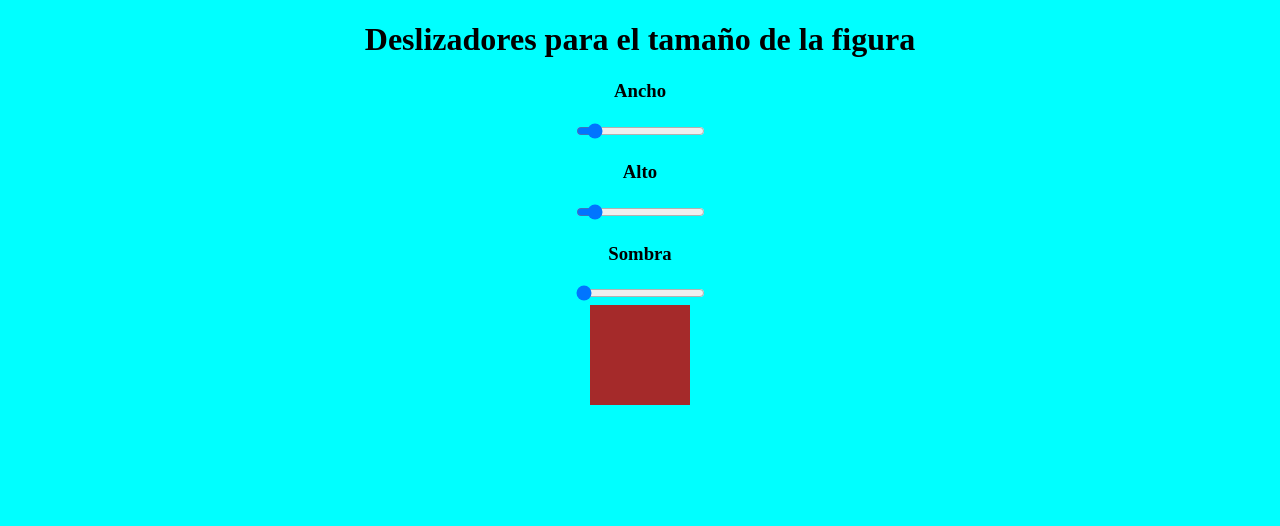
Repository: Kevin8548/Ejercicios-DOM
Page: Deslizador.html
An editor plug-in stored every save of this project. The page is shown before and after the next save, followed by the edit.
The browser window is 1280 px wide. The pictures show the whole page.

Above is the page before, as saved 2024-10-07 02:15:50.

### Deslizador.html
<!DOCTYPE html>
<html lang="es">
<head>
    <meta charset="UTF-8">
    <meta name="viewport" content="width=device-width, initial-scale=1.0">
    <title>Deslizadores</title>
    <link rel="stylesheet" href="deslizadores.css">
</head>
<body>
    <h1>Deslizadores para el tamaño de la figura</h1>
    <div>
        <h3>Ancho</h3>
        <input type="range" id="sliderAncho" min="0" max="1000" value="100" step="1">
        <h3>Alto</h3>
        <input type="range" id="sliderAlto" min="0" max="1000" value="100" step="1">
        <h3>Sombra</h3>
        <input type="range" id="sliderSombra" min="0" max="500" value="0" step="1">
    </div>
    <div class="div"></div>

    <script src="./colorsbg/deslizador.js"></script>
</body>
</html>

### deslizadores.css
body {
    background-color: aqua;
    text-align: center;
}

.div {
    width: 100px;
    height: 100px;
    background-color: brown;
    margin: 0 auto;
}

### colorsbg/deslizador.js
const sliderAncho = document.getElementById('sliderAncho');
const sliderAlto = document.getElementById('sliderAlto');
const sliderBorde = document.getElementById('sliderBorde');
const sliderSombra = document.getElementById('sliderSombra');
const div = document.querySelector('.div');

sliderAncho.addEventListener('input', function() {
    const nuevoAncho = sliderAncho.value + 'px';
    div.style.width = nuevoAncho;
});

sliderAlto.addEventListener('input', function() {
    const nuevoAlto = sliderAlto.value + 'px';
    div.style.height = nuevoAlto;
});

sliderSombra.addEventListener('input', function() {
    const sombra = sliderSombra.value + 'px';
    div.style.boxShadow = `0 0 ${sombra} rgba(0, 0, 0, 1)`;
});

After the next save:
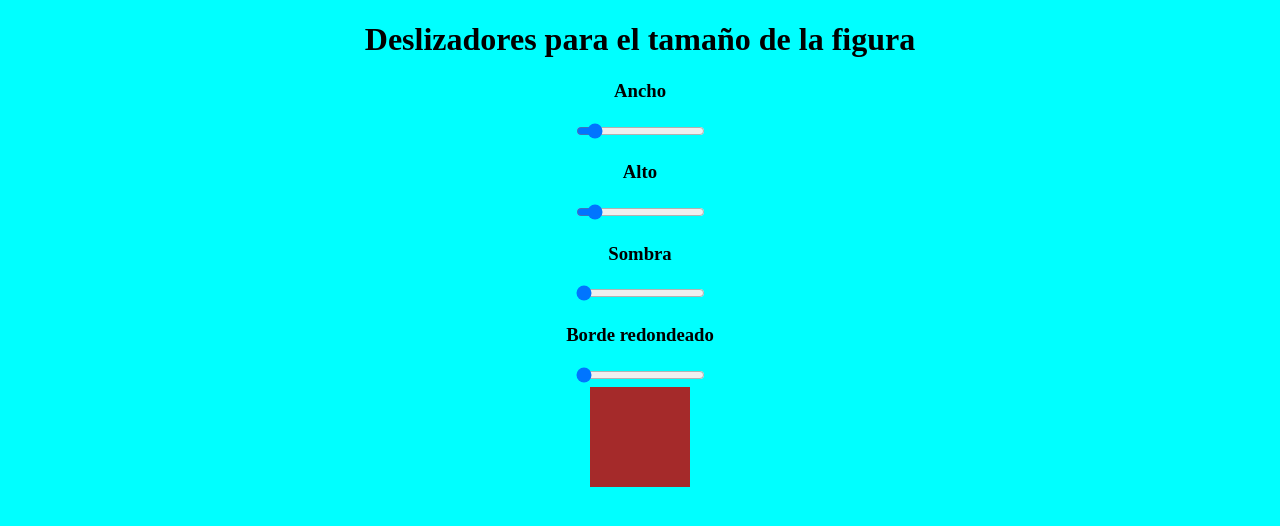
Saved 33 h 26 min later.
--- a/Deslizador.html
+++ b/Deslizador.html
@@ -15,6 +15,8 @@
         <input type="range" id="sliderAlto" min="0" max="1000" value="100" step="1">
         <h3>Sombra</h3>
         <input type="range" id="sliderSombra" min="0" max="500" value="0" step="1">
+        <h3>Borde redondeado</h3>
+        <input type="range" id="sliderSombra" min="0" max="500" value="0" step="1">
     </div>
     <div class="div"></div>
 
